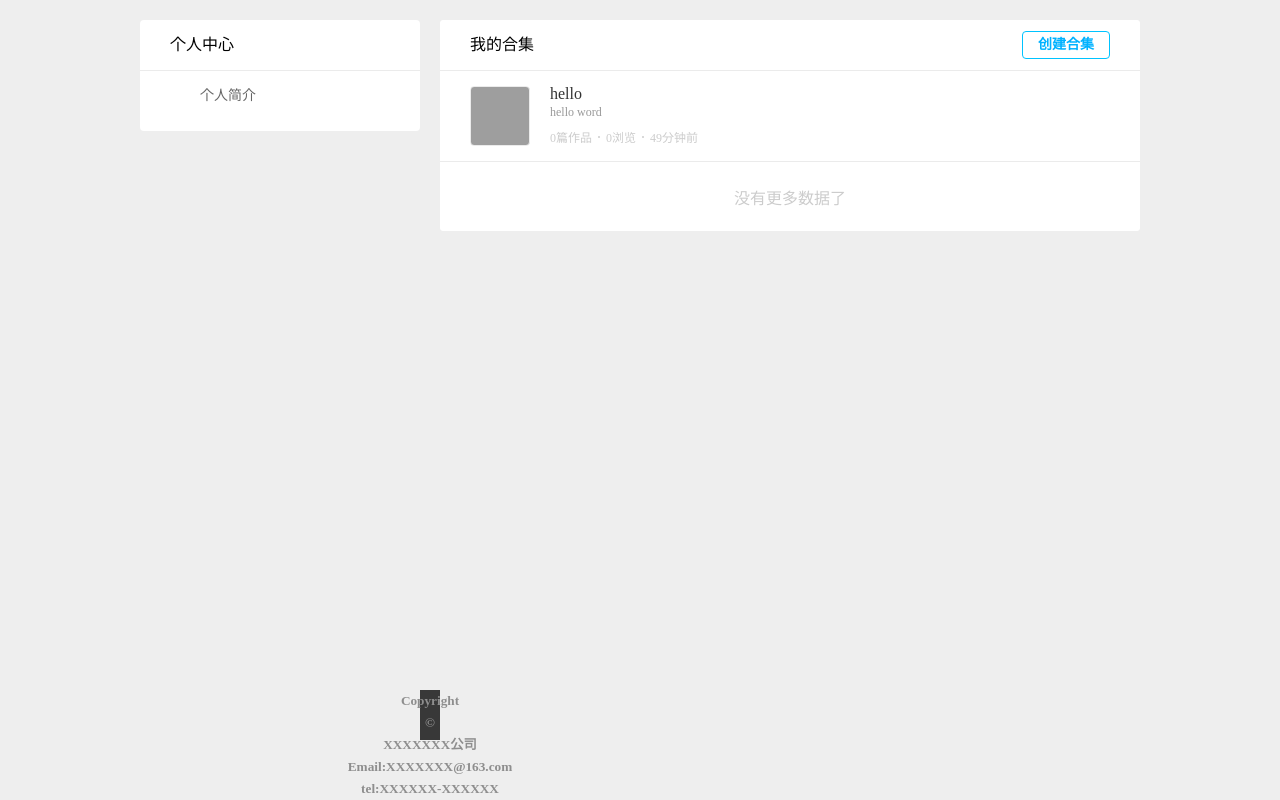
Repository: Dcing0727/smokewebsite
Page: /#/us/user-statistics/user_collect (app in websites/)
These files come from the project's save history. The page is drawn as it stood at one moment and after the next save; the edit follows.
The browser window is 1280 px wide. The pictures show the part of the page from y = 289 to 1089 px (the page is 1089 px tall).
Pictures or frames that could not be fetched are drawn as grey boxes. The project was rebuilt for these pictures with package versions that can differ from the ones it lists, and the page was loaded fresh each time. Also part of the build but not shown: websites/vue.config.js, websites/src/components/LoginComponent.vue, websites/src/components/smoking-statistics.vue, websites/src/components/smoking-record.vue, websites/src/components/blog-page.vue, websites/src/components/img-carousel.vue, websites/src/components/knowledge-page.vue, websites/src/components/home-page.vue.

Above is the page before, as saved 2023-11-21 20:00:52.

After the next save:
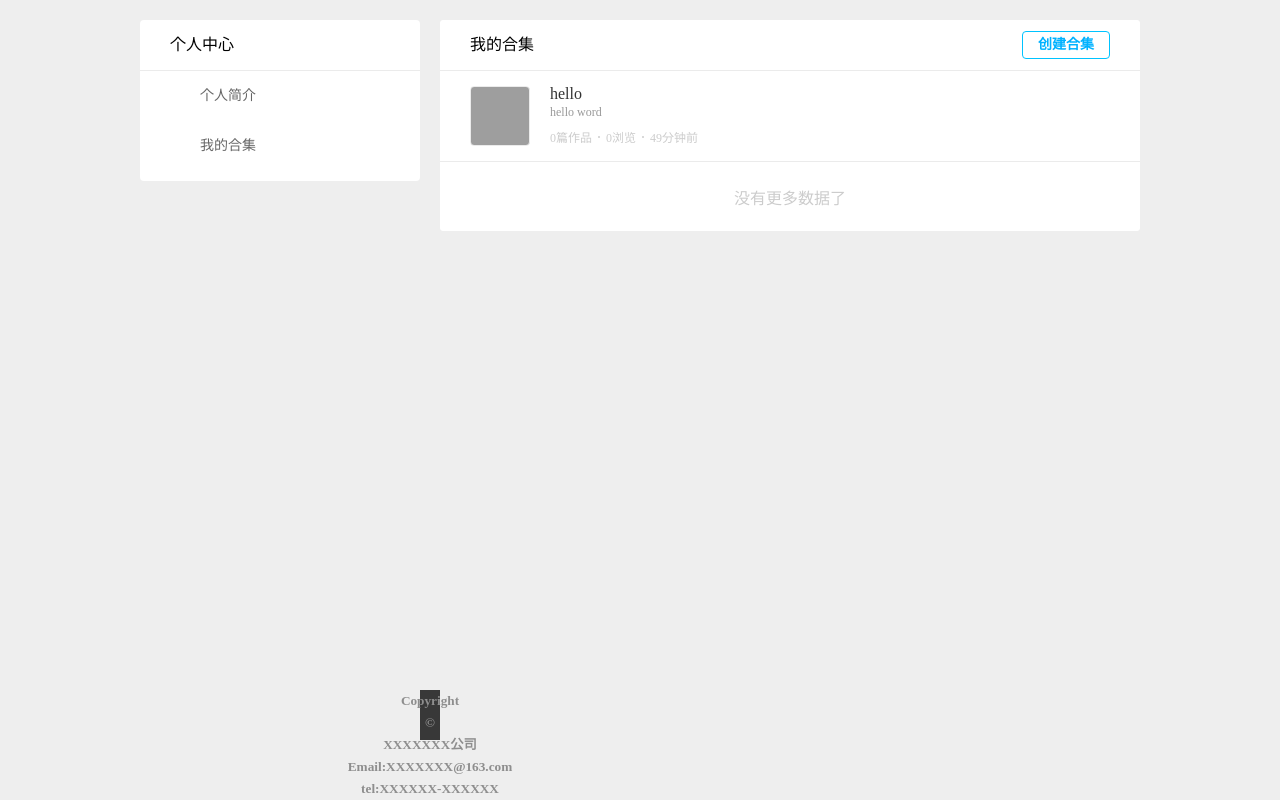
Saved 49 s later.
--- a/websites/src/components/user-statistics.vue
+++ b/websites/src/components/user-statistics.vue
@@ -91,7 +91,7 @@
         activeIndex: '/user-statistics',
         menus: [
           {name:'个人简介',path:'/us/user-statistics/user_info',icon:'el-icon-document'},
-          // {name:'我的合集',path:'/personal/myCollect',icon:'el-icon-document'},
+          {name:'我的合集',path:'/us/user-statistics/user_collect',icon:'el-icon-document'},
         ]
       };
     },
